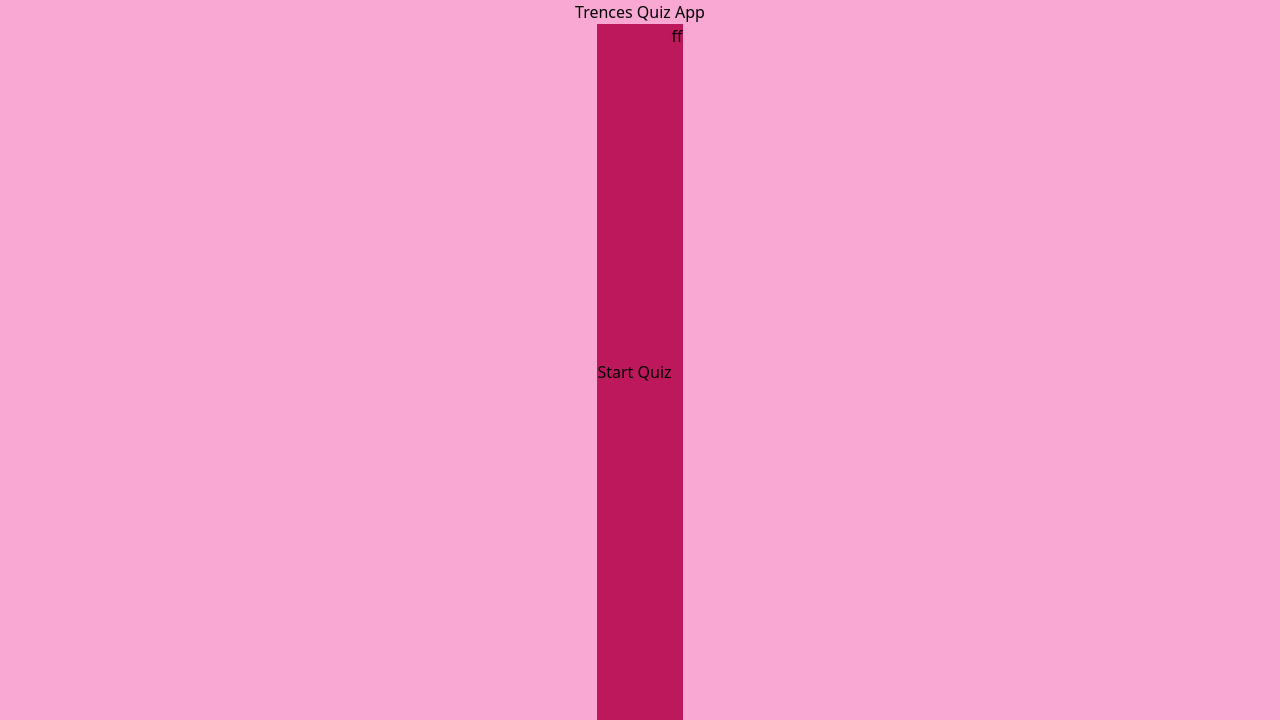
Repository: Semanmernstack/Quiz-react-app
Page: /
An editor plug-in stored every save of this project. The page is shown before and after the next save, followed by the edit.
The browser window is 1280 px wide. The pictures show the whole page.
The project was rebuilt for these pictures with package versions that can differ from the ones it lists, and the page was loaded fresh each time. Also part of the build but not shown: src/components/Quiz.js, src/components/End.js.

Above is the page before, as saved 2023-01-29 06:52:16.

### src/index.css
body {
  margin: 0;
}
@tailwind base;
@tailwind components;
@tailwind utilities;

### src/App.js
import { useState } from "react";
import Menu from "./components/Menu";
import Quiz from "./components/Quiz";
import End from "./components/End"
import { QuizContext } from "./Game/Context";
function App() {
  const [game, setGame] = useState("menu")
  return (
    <div className="text-center flex  flex-col h-screen  bg-pink-300 first-letter:">
      <p className="">Trences Quiz App</p>
      <QuizContext.Provider value={{game, setGame}}>
        {game === "menu" && <Menu/>}
        {game === "quiz" && <Quiz/>}
        {game === "End" && <End/>}

      </QuizContext.Provider>

    </div>
  );
}

export default App;

### src/components/Menu.js
import React, { useContext } from 'react'
import { QuizContext } from '../Game/Context'

function Menu() {
    const {game, setGame} = useContext(QuizContext)
  return (
    <div className="flex max-w-6xl mx-auto bg-pink-700 h-screen h-screen">
        <button onClick={() => {setGame("quiz")}} >Start Quiz</button>
        <p>ff</p>
    </div>
  )
}

export default Menu

### src/Game/Context.js
import { createContext } from "react";

export const QuizContext = createContext()

Loaded but not shown: public/index.html (common file); src/index.js (common file); src/reportWebVitals.js (common file); tailwind.config.js (common file)

After the next save:
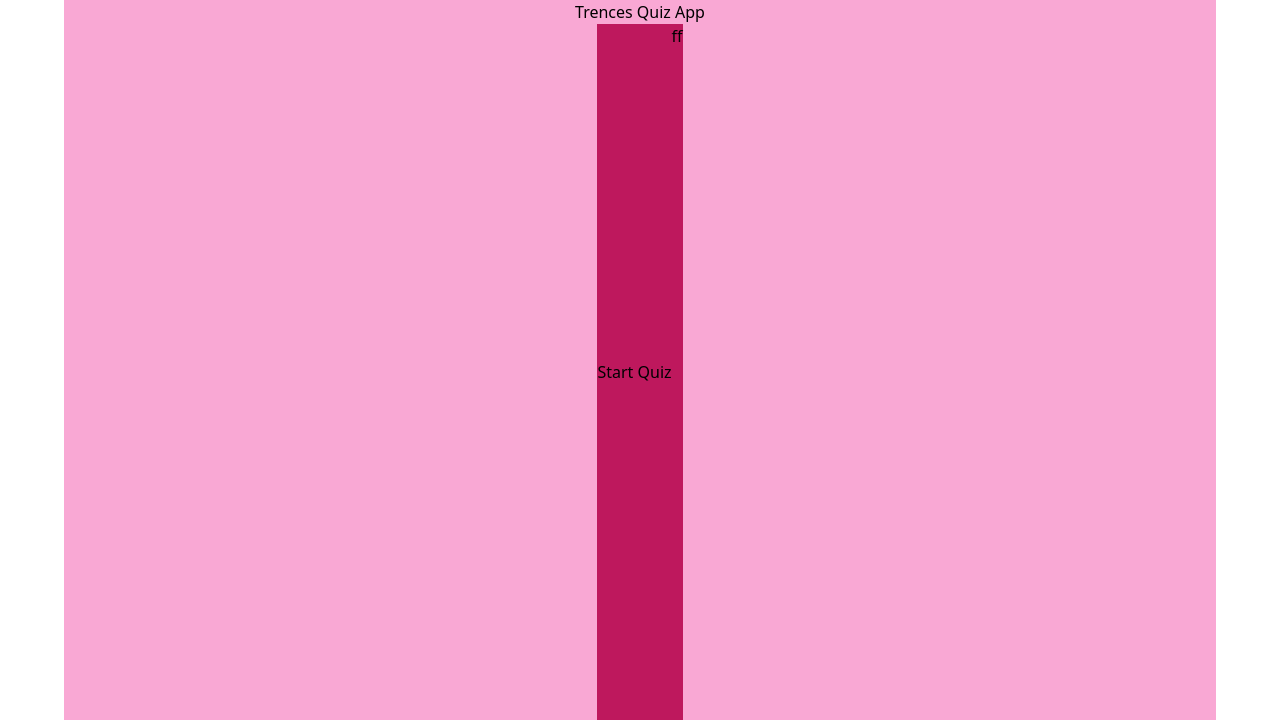
Saved 97 s later.
--- a/src/App.js
+++ b/src/App.js
@@ -6,7 +6,7 @@ import { QuizContext } from "./Game/Context";
 function App() {
   const [game, setGame] = useState("menu")
   return (
-    <div className="text-center flex  flex-col h-screen  bg-pink-300 first-letter:">
+    <div className="text-center flex  flex-col  max-w-6xl mx-auto h-screen  bg-pink-300 first-letter:">
       <p className="">Trences Quiz App</p>
       <QuizContext.Provider value={{game, setGame}}>
         {game === "menu" && <Menu/>}
